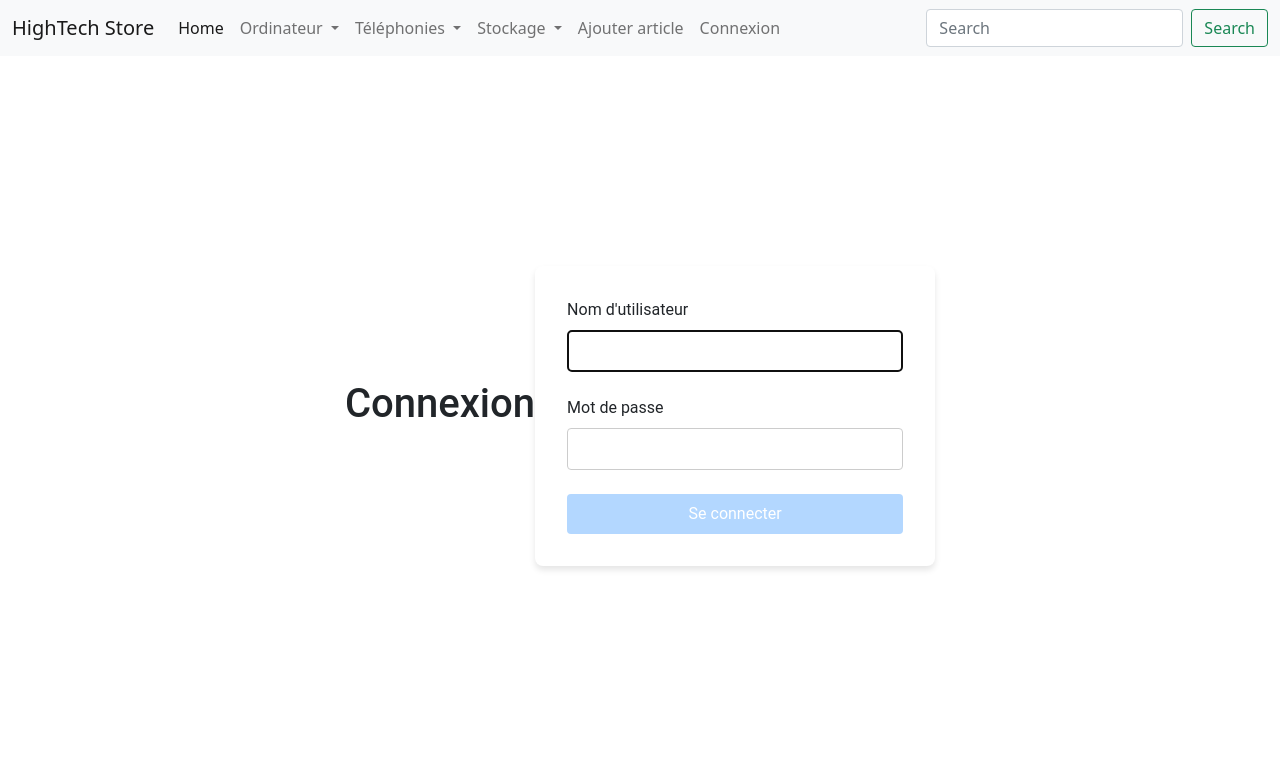
Repository: HaPhuong-krys/M1-angular
Page: /Connexion
The author's editor kept a copy of each file at every save. The page is drawn from the files as they stood at one save, then again after a run of saves.
The browser window is 1280 px wide. The pictures show the whole page.
The project was rebuilt for these pictures with package versions that can differ from the ones it lists, and the page was loaded fresh each time. Also part of the build but not shown: angular.json, src/app/home/home.component.ts, src/app/pc-bureau/pc-bureau.component.ts, src/app/pc-portable/pc-portable.component.ts, src/app/ajouter-article-form/ajouter-article-form.component.ts, src/app/Model/Articles.ts, src/app/accessoire-ordi/accessoire-ordi.component.ts, src/app/smart-phone/smart-phone.component.ts and 10 more.

Above is the page before, as saved 2023-04-22 23:52:15.

After the next 2 saves:
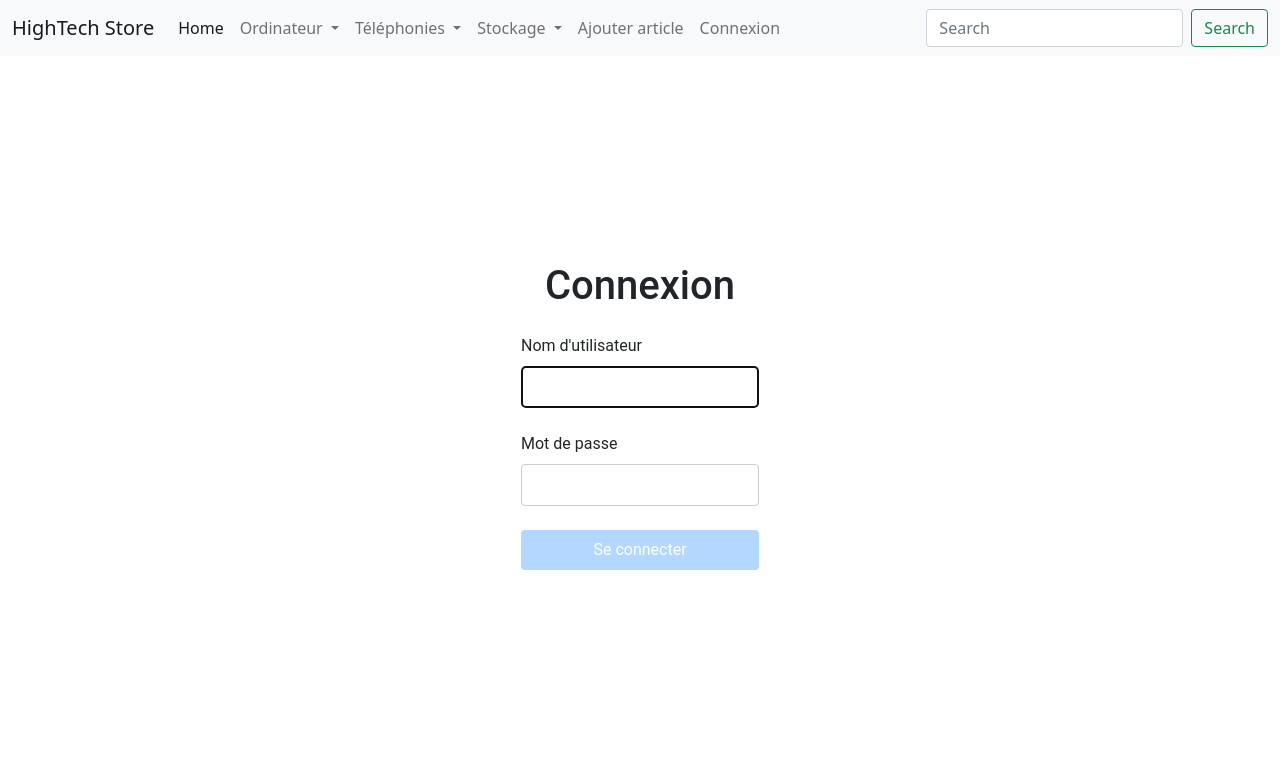
The 2 saves are shown as one change because they came seconds apart.
The last was saved 111 s later.
--- a/src/app/connexion/connexion.component.css
+++ b/src/app/connexion/connexion.component.css
@@ -1,25 +1,27 @@
+/* connexion.component.css */
 /* connexion.component.css */
 .login-container {
-  display: flex;
-  justify-content: center;
-  align-items: center;
-  min-height: 100vh;
-  font-family: 'Roboto', sans-serif;
-}
+    display: flex;
+    flex-direction: column;
+    justify-content: center;
+    align-items: center;
+    min-height: 100vh;
+    font-family: 'Roboto', sans-serif;
+  }
 
-form {
-  background-color: #ffffff;
-  padding: 2rem;
-  border-radius: 8px;
-  box-shadow: 0 4px 6px rgba(0, 0, 0, 0.1);
-  width: 100%;
-  max-width: 400px;
-}
+  h1 {
+    text-align: center;
+    margin-bottom: 1.5rem;
+  }
 
-h1 {
-  text-align: center;
-  margin-bottom: 1.5rem;
-}
+  .form-container {
+    background-color: #ffffff;
+    padding: 2rem;
+    border-radius: 8px;
+    box-shadow: 0 4px 6px rgba(0, 0, 0, 0.1);
+    width: 100%;
+    max-width: 400px;
+  }
 
 .form-group {
   display: flex;
